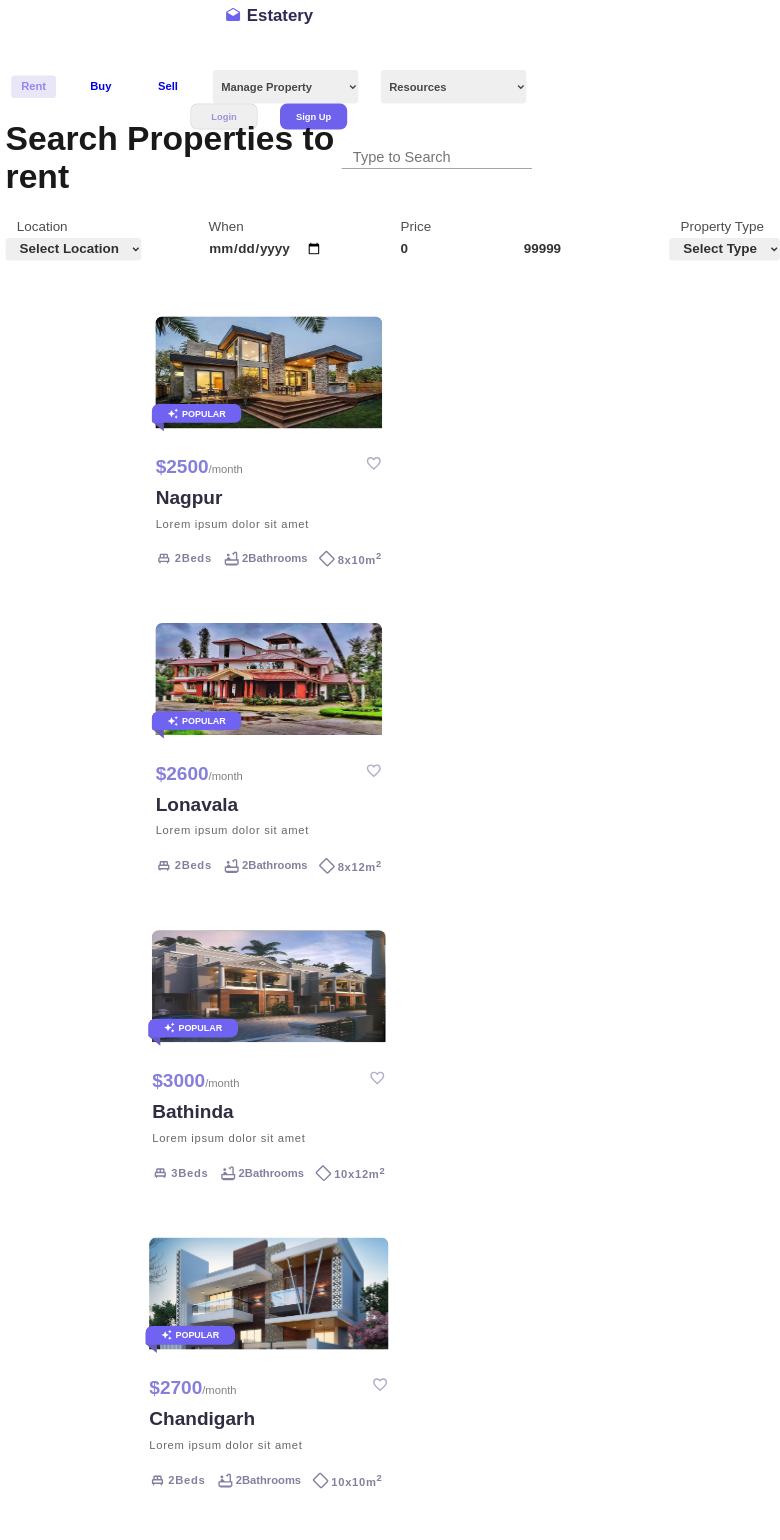
Repository: kapil4457/Reunion-Internship-Assignment
Page: /
An editor plug-in stored every save of this project. The page is shown before and after the next save, followed by the edit.
The browser window is 768 px wide. The page is 1114 px wide, so the pictures cover 1114 px, including what lies to the right of the window. The pictures show the part of the page from y = 0 to 2200 px (the page is 4951 px tall before and 4999 px after), at 70% of full size.
The project was rebuilt for these pictures with package versions that can differ from the ones it lists, and the page was loaded fresh each time. Also part of the build but not shown: src/App.css.

Above is the page before, as saved 2022-10-07 21:04:37.

### public/index.html
<!DOCTYPE html>
<html lang="en">
  <head>
    <meta charset="utf-8" />
    <link rel="icon" href="%PUBLIC_URL%/favicon.ico" />
    <meta name="viewport" content="width=device-width, initial-scale=1" />
    <meta name="theme-color" content="#000000" />
    <meta
      name="description"
      content="Web site created using create-react-app"
    />
    <link href="https://fonts.googleapis.com/css2?family=Roboto:ital,wght@1,300&display=swap" rel="stylesheet">
    <link rel="apple-touch-icon" href="%PUBLIC_URL%/logo192.png" />
    <link rel="preconnect" href="https://fonts.googleapis.com">
    <link rel="preconnect" href="https://fonts.googleapis.com">
    <!--
      manifest.json provides metadata used when your web app is installed on a
      user's mobile device or desktop. See https://developers.google.com/web/fundamentals/web-app-manifest/
    -->
    <link rel="manifest" href="%PUBLIC_URL%/manifest.json" />
    <!--
      Notice the use of %PUBLIC_URL% in the tags above.
      It will be replaced with the URL of the `public` folder during the build.
      Only files inside the `public` folder can be referenced from the HTML.

      Unlike "/favicon.ico" or "favicon.ico", "%PUBLIC_URL%/favicon.ico" will
      work correctly both with client-side routing and a non-root public URL.
      Learn how to configure a non-root public URL by running `npm run build`.
    -->
    <title>React App</title>
  </head>
  <body>
    <noscript>You need to enable JavaScript to run this app.</noscript>
    <div id="root"></div>
    <!--
      This HTML file is a template.
      If you open it directly in the browser, you will see an empty page.

      You can add webfonts, meta tags, or analytics to this file.
      The build step will place the bundled scripts into the <body> tag.

      To begin the development, run `npm start` or `yarn start`.
      To create a production bundle, use `npm run build` or `yarn build`.
    -->
  </body>
</html>

### src/index.css
*{
  font-family: 'Poppins', sans-serif;
  font-weight:600;
}

/* Chrome, Safari, Edge, Opera */
input::-webkit-outer-spin-button,
input::-webkit-inner-spin-button {
  -webkit-appearance: none;
  margin: 0;
}

/* Firefox */
input[type=number] {
  -moz-appearance: textfield;
}

### src/App.js
import { Route, Routes } from 'react-router-dom';
import './App.css';
import Header from './components/Header/Header';
import Home from  './components/Home/Home'
import Rent from './components/Rent/Rent';

function App() {
  return (
    <>
    <Header />
    <Routes>
      <Route path='/' element={<Home/>}/>
      <Route path='/rent' element={<Rent/>}/>
    </Routes>
    </>
  );
}

export default App;

### src/components/Header/Header.jsx
import React from "react";
import DraftsIcon from "@mui/icons-material/Drafts";
import { NavLink } from "react-router-dom";
import "./Header.css";
const Header = () => {
  return (
    <>
      <div className="header">
        <div className="left">
          <div className="logo">
            <DraftsIcon />
            <span>Estatery</span>
          </div>
          <div className="categories">
            <NavLink
              to="/rent"
              className={({ isActive }) => (isActive ? "activeClass" : "")}
            >
              Rent
            </NavLink>
            <NavLink
              to="/buy"
              className={({ isActive }) => (isActive ? "activeClass" : "")}
            >
              Buy
            </NavLink>
            <NavLink
              to="/sell"
              className={({ isActive }) => (isActive ? "activeClass" : "")}
            >
              Sell
            </NavLink>
            <select name="" id="manage">
              <option value="Manage Property" hidden>
                Manage Property
              </option>
              <option value="Owned">Owned</option>
              <option value="BookMarked">BookMarked</option>
            </select>
            <select name="" id="resources">
              <option value="Resources" hidden>
                Resources
              </option>
              <option value="contact">Contact Us</option>
              <option value="FAQ">FAQ</option>
            </select>
          </div>
        </div>
        <div className="right">
          <button className="login">Login</button>
          <button className="sign-up">Sign Up</button>
        </div>
      </div>
    </>
  );
};

export default Header;

### src/components/Home/Home.jsx
import React, { useEffect } from "react";
import { useNavigate } from "react-router-dom";

const Home = () => {
  const navigate = useNavigate();
  useEffect(() => {
    navigate("/rent");
  });
  return <></>;
};

export default Home;

### src/components/Rent/Rent.jsx
import React, { useState } from "react";
import { home } from "../../home";
import RentCard from "../RentCard/RentCard";
import "./Rent.css";
const Rent = () => {
  const [location, setlocation] = useState("");
  const [rangeMin, setMinRange] = useState(0);
  const [rangeMax, setMaxRange] = useState(99999);
  const [type, setType] = useState("");
  const [date, setDate] = useState(new Date());
  const [typed, setTyped] = useState("");

  //date -> YY/MM/DD format
  const filtering = (val) => {
    var dateNow = new Date(val.moveIn);
    var date2 = new Date(date);

    if (
      (location === "" || location == val.state || location == "All") &&
      (parseInt(rangeMax) > val.price || rangeMax == "") &&
      (parseInt(rangeMin) < val.price || rangeMin == "") &&
      date2 <= dateNow &&
      (typed === "" ||
        val.state.toLowerCase().includes(typed.toLowerCase()) ||
        val.address.toLowerCase().includes(typed.toLowerCase())) &&
      (type == "" || type == val.type || type == "All")
    ) {
      console.log(date2, dateNow);
      return true;
    }
  };
  return (
    <>
      <div className="rent-main">
        <div className="first">
          <div className="heading">Search Properties to rent</div>
          <input
            className="search-bar"
            placeholder="Type to Search"
            value={typed}
            onChange={(e) => {
              setTyped(e.target.value);
            }}
          />
        </div>
        <div className="second">
          <div>
            <span>Location</span>
            <select
              name=""
              id=""
              onChange={(e) => {
                setlocation(e.target.value);
              }}
            >
              <option value="" hidden>
                Select Location
              </option>
              <option value="All">All</option>
              <option value="Bathinda">Bathinda</option>
              <option value="Nagpur">Nagpur</option>
              <option value="Lonavala">Lonavala</option>
              <option value="Chandigarh">Chandigarh</option>
              <option value="Pune">Pune</option>
              <option value="Shimla">Shimla</option>
              <option value="Kochi">Kochi</option>
              <option value="Banaras">Banaras</option>
              <option value="Banglore">Banglore</option>
              <option value="Aurangabad">Aurangabad</option>
            </select>
          </div>
          <div>
            <span>When</span>
            <input
              type="date"
              onChange={(e) => {
                setDate(e.target.value);
              }}
            />
          </div>
          <div>
            <span>Price</span>
            <div>
              <input
                type="number"
                placeholder="Minimum"
                value={rangeMin}
                onChange={(e) => {
                  setMinRange(e.target.value);
                }}
              />
              <input
                type="number"
                placeholder="Maximum"
                value={rangeMax}
                onChange={(e) => {
                  setMaxRange(e.target.value);
                }}
              />
            </div>
          </div>
          <div>
            <span>Property Type</span>
            <select
              name=""
              id=""
              onChange={(e) => {
                setType(e.target.value);
              }}
            >
              <option value="" hidden>
                Select Type
              </option>
              <option value="All">All</option>
              <option value="Villa">Villa</option>
              <option value="Flats">Flats</option>
              <option value="RowHouse">RowHouse</option>
            </select>
          </div>
        </div>
        <div className="rent-cards">
          {home.filter(filtering).map((item, idx) => (
            <RentCard data={item} key={idx} />
          ))}
        </div>
      </div>
    </>
  );
};

export default Rent;

### src/components/Header/Header.css

.header{
display:flex;
justify-content:space-between;
align-items:center;
padding:2rem 4rem;
}

.left{
    display:flex;
    align-items:center;
    gap:4rem;
}
.left > .logo{
    display:flex;
    align-items:center;
    gap:0.5rem;
    font-size:1.5rem;
    font-weight:650;
    color:rgb(48,41,83);
}

.left > .logo > svg{
    color:rgb(110,99,238);
}

.categories{
    display:flex;
    align-items:center;
    gap:2rem;
}

.categories > a{
    text-decoration:none;
    font-weight:550;
    height:2rem;
    display:flex;
    align-items:center;
    width:4rem;
    justify-content: center;
}

.activeClass{
    color:rgb(150, 136, 238);
    background-color: rgb(233,230,247);
    border-radius: 5px;
}

.categories > select{
    width:13rem;
    height:3rem;
    border:none;
    outline:none;
    color:rgba(0,0,0,0.7);
    font-weight:550;
    /* background-color:rgb(233,230,247); */
    border-radius:5px;
    padding:0 0.5rem;
    font-size:1rem;
}

.categories > select > option{
    font-size:1rem;
    font-weight:550;

}
.right{
    display:flex;
    align-items:center;
    gap:2rem;

}

.right > button {
    width:6rem;
    height:2.3rem;
    border-radius:10px;
    outline:none;

}

.login{
border:1px solid rgba(0,0,0,0.1);
color:rgb(154, 148, 218);
font-weight:650;
cursor:pointer;
}

.sign-up
{
    background-color:rgb(110,97,236);
    color:white;
    cursor:pointer;
    border:none;
}

@media(max-width:768px){
    .header , .left{
        flex-direction: column;
    }
    .header{
        padding:0;
    }
}

### src/home.js
export const home = [

        {
            state:"Nagpur",
            price:2500,
            address:" Lorem ipsum dolor sit amet ",
            bedCount:2,
            bathCount:2,
            area:"8x10",
            image:"h1.jpg",
            moveIn:new Date(2022,10,20),
            type:"Villa"

        },
        {
            state:"Lonavala",
            price:2600,
            address:" Lorem ipsum dolor sit amet ",
            bedCount:2,
            bathCount:2,
            area:"8x12",
            image:"h2.jpg",
            moveIn:new Date(2022,11,20),
            type:"Flats"



        },     {
            state:"Bathinda",
            price:3000,
            address:" Lorem ipsum dolor sit amet ",
            bedCount:3,
            bathCount:2,
            area:"10x12",
            image:"h3.jpg",
            moveIn:new Date(2022,11,12),
            type:"RowHouse"



        },     {
            state:"Chandigarh",
            price:2700,
            address:" Lorem ipsum dolor sit amet ",
            bedCount:2,
            bathCount:2,
            area:"10x10",
            image:"h4.jpg",
            moveIn:new Date(2023,1,20),
            type:"Villa"



        },     {
            state:"Pune",
            price:3800,
            address:" Lorem ipsum dolor sit amet ",
            bedCount:3,
            bathCount:3,
            area:"8x10",
            image:"h5.jpg",
            moveIn:new Date(2023,1,10),
            type:"Flats"


        },     {
            state:"Shimla",
            price:3400,
            address:" Lorem ipsum dolor sit amet ",
            bedCount:3,
            bathCount:2,
            area:"12x10",
            image:"h6.jpg",
            moveIn:new Date(2023,2,15),
            type:"RowHouse"



        },     {
            state:"Kochi",
            price:2100,
            address:" Lorem ipsum dolor sit amet ",
            bedCount:2,
            bathCount:2,
            area:"9x10",
            image:"h7.jpg",
            moveIn:new Date(2023 , 2 ,15),
            type:"Villa"


        },     {
            state:"Banaras",
            price:2500,
            address:" Lorem ipsum dolor sit amet ",
            bedCount:2,
            bathCount:2,
            area:"8x10",
            image:"h8.jpg",
            moveIn:new Date(2023 , 3 ,19),
            type:"Flats"



        },     {
            state:"Banglore",
            price:4000,
            address:" Lorem ipsum dolor sit amet ",
            bedCount:3,
            bathCount:2,
            area:"10x14",
            image:"h9.jpg",
            moveIn:new Date(2023 , 5 , 19),
            type:"RowHouse"



        },     {
            state:"Aurangabad",
            price:3000,
            address:" Lorem ipsum dolor sit amet ",
            bedCount:2,
            bathCount:2,
            area:"8x10",
            image:"h10.jpg",
            moveIn:new Date(2023 , 6 , 6),
            type:"Villa"



        },

]

### src/components/RentCard/RentCard.jsx
import React, { useState } from "react";
import "./RentCard.css";
import FavoriteBorderIcon from "@mui/icons-material/FavoriteBorder";
import SingleBedIcon from "@mui/icons-material/SingleBed";
import BathtubOutlinedIcon from "@mui/icons-material/BathtubOutlined";
import Crop54Icon from "@mui/icons-material/Crop54";
import AutoAwesomeIcon from "@mui/icons-material/AutoAwesome";
const RentCard = ({ data }) => {
  const [color, setColor] = useState("rgb(176,171,202)");
  const changeColor = () => {
    if (color == "rgb(176,171,202)") {
      setColor("red");
    } else {
      setColor("rgb(176,171,202)");
    }
  };
  return (
    <div className="rent-card-main">
      <div className="purple-tag">
        <div className="straight">
          <AutoAwesomeIcon />
          <span>POPULAR</span>
        </div>
        <div className="slant"></div>
      </div>
      <div className="main-image">
        <img src={`${data.image}`} alt="" />
      </div>
      <div className="rent-card-info">
        <div className="rent-card-price">
          <div>
            <span>${data.price}</span>/month
          </div>
          <FavoriteBorderIcon
            style={{ color: `${color}` }}
            onClick={changeColor}
          />
        </div>
        <div className="rent-card-name">{data.state}</div>
        <div className="rent-card-address">{data.address}</div>
        <div className="icons">
          <div className="beds">
            <SingleBedIcon />
            <span>{data.bedCount}Beds</span>
          </div>
          <div className="bath">
            <BathtubOutlinedIcon />
            <span>{data.bathCount}Bathrooms</span>
          </div>
          <div className="area">
            <Crop54Icon />
            <span>
              {data.area}m<sup>2</sup>
            </span>
          </div>
        </div>
      </div>
    </div>
  );
};

export default RentCard;

### src/components/Rent/Rent.css
body{

    padding:0 12rem;
}
.rent-main{
    margin-bottom: 12rem;
}

.first{
    display:flex;
    height:5rem;
    justify-content: space-between;
    align-items:center;
    margin-bottom:3rem;
}

.first > .heading{
    font-size:3rem;
    font-weight:650;
    color:rgba(0,0,0,0.9);
}

.first > .search-bar{
    width:15rem;
    padding:0 1rem;
    border:none;
    border-bottom:1px solid gray;
    outline:none;
    height:2rem;
    font-size:1.3rem;
    font-weight:250;
}
.second > div >select {
    font-size:1.2rem;
    height:2rem;
    padding:0 1rem;
    border-radius:5px;
    border:none;
    outline:none;
    font-weight: 550;
    color:rgba(0,0,0,0.8);
}
.second > div >select >option{
    font-weight: 450;
}
.second > div >input  , .second > div >div>input {
    color:rgba(0,0,0,0.8);
    font-size:1.2rem;
    height:2rem;
    border-radius:5px;
    border:none;
    outline:none;
    padding:0 1rem;
    font-weight: 550;
}

.second > div >div{
display:flex;
gap:1rem;

}
.second > div >div>input{
width:8rem;

}
.second{
    display: flex;
    gap:5rem;
}
.second>div{
    display:flex;
    flex-direction: column;
    width:20rem;
    gap:0.3rem;
}

.second >div>span{
    color:rgba(0,0,0,0.7);
    font-size:1.2rem;
    font-weight:450;
    padding-left:1rem;
}


.rent-cards{
    display:grid;
    grid-template-columns: 1fr 1fr 1fr;
    margin-top:5rem;
    place-items:center;
    gap:5rem;
    border-radius:10px;

}


@media(max-width:768px){
    body{
        padding:0;
    }
    .rent-cards{
        grid-template-columns: 1fr;
        place-items:center;
    }
}

### src/components/RentCard/RentCard.css

.rent-card-main{
    position:relative;
    border-radius: 10px;
}

.main-image{
    width:23vw;
    border-radius:10px 10px 0 0;
    height:20vh;
}

.rent-card-info{
    padding:1.8rem 2rem 0 2rem;
    display: flex;
    flex-direction: column;
    gap:0.8rem;

}

.main-image > img{
    border-radius:10px 10px 0 0;
width:100%;
height:100%;
}

.rent-card-price{
    display:flex;
    justify-content:space-between;

}
.rent-card-price >div{
    color:gray;
    font-weight: 500;
}
.rent-card-price > svg{
    color:rgb(176,171,202);
    cursor:pointer;
}

.rent-card-price >div > span{
    font-size:1.7rem;
    font-weight:600;
    color:rgb(134, 127, 219);
}

.rent-card-name{
    /* padding:0.7rem 0 0 0 ; */
    font-weight:670;
    color:rgb(47,45,64);
    font-size:1.7rem;
}
.rent-card-address{
    color:rgba(0,0,0,0.6);
    font-weight: 350;
    letter-spacing: 1px;
}

.icons{
    padding-top:1rem;
    display:flex;
    gap:1rem;
}

.icons > .beds , .icons > .bath , .icons >.area{
    display: flex;
    align-items: center;
    gap:0.2rem;
    font-weight:450;
    color:rgb(131,128,159);
}

.icons > .beds>span , .icons>span > .bath>span, .icons >.area>span{
    letter-spacing: 1px;
}

.icons > .area  > svg{
    transform:rotate(45deg)

}

.purple-tag{
    position: absolute;
    width:8rem;
    height:3.4rem;
    top:46%;
    left:-1.7%;
    border-radius: 10px;
overflow: hidden;
}

.purple-tag > .straight{
    position: absolute;
    width:100%;
    height: 50%;
    border-radius:10px 10px 10px 3px;
    background-color: rgb(112,99,241);
    z-index: 1;
    display: flex;
    align-items: center;
    justify-content: center;
    gap:0.3rem;
}

.purple-tag > .straight  >svg{
    color:white;
    font-size:1rem;
}
.purple-tag > .straight > span{
    color:white;
    font-size:0.8rem;
    font-weight: 550;
}

.purple-tag > .slant{
    position:absolute;
    top:2%;
    height:50%;
    left:-8%;
    background-color:rgb(102,92,189);
    width:21%;
    transform: skewY(39deg);

}


@media(max-width:768px){
    .main-image{
        width:100%;
    }

    .rent-card-info{
        padding:0;
        padding-top:2.4rem;
    }

    .purple-tag{
        top:35%;
    }
}

Loaded but not shown: src/index.js (common file); src/reportWebVitals.js (common file)

After the next save:
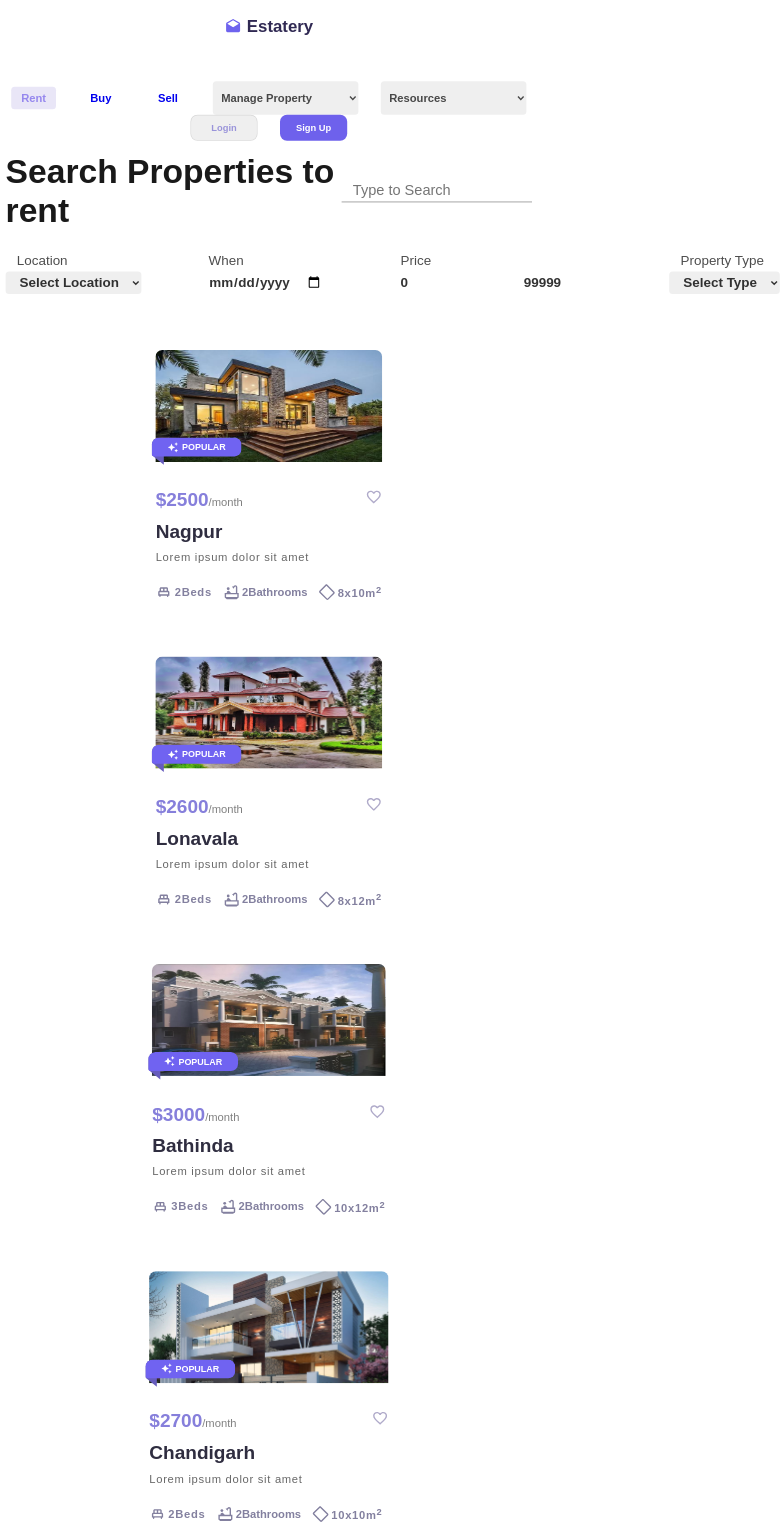
Saved 9 s later.
--- a/src/components/Header/Header.css
+++ b/src/components/Header/Header.css
@@ -99,6 +99,6 @@ cursor:pointer;
         flex-direction: column;
     }
     .header{
-        padding:0;
+        padding-top:1rem;
     }
 }
